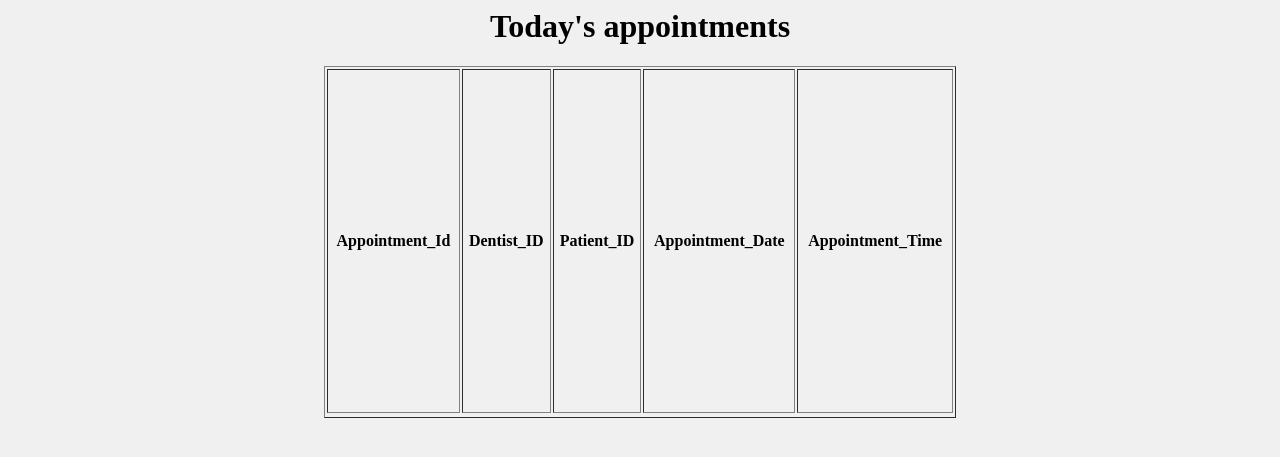
Repository: ManjushaBolishetty/test
Page: http://localhost/test/AppointmentServlet
The author's editor kept a copy of each file at every save. The page is drawn from the files as they stood at one save, then again after the next save.
The browser window is 1280 px wide. The pictures show the whole page.
The page is served by Tomcat 9. Other server files are loaded and not shown. Queries for data that is not in the repository find no rows.

Above is the page before, as saved 2016-04-03 18:19:01.

### test/src/com/servlet/explore/AppointmentServlet.java
package com.servlet.explore;

import java.io.IOException;
import java.io.PrintWriter;
import java.sql.Connection;
import java.sql.DriverManager;
import java.sql.ResultSet;
import java.sql.SQLException;
import java.sql.Statement;
import java.util.Date;

import javax.servlet.ServletException;
import javax.servlet.annotation.WebServlet;
import javax.servlet.http.HttpServlet;
import javax.servlet.http.HttpServletRequest;
import javax.servlet.http.HttpServletResponse;

/**
 * Servlet implementation class AppointmentServlet
 */
@WebServlet("/AppointmentServlet")
public class AppointmentServlet extends HttpServlet {
	private static final long serialVersionUID = 1L;

    /**
     * @see HttpServlet#HttpServlet()
     */
    public AppointmentServlet() {
        super();
        // TODO Auto-generated constructor stub
    }

	/**
	 * @see HttpServlet#doGet(HttpServletRequest request, HttpServletResponse response)
	 */
	protected void doGet(HttpServletRequest request, HttpServletResponse response) throws ServletException, IOException {
		// TODO Auto-generated method stub
		final String JDBC_DRIVER="com.mysql.jdbc.Driver";
        final String DB_URL="jdbc:mysql://localhost:3306/";
        //  Database credentials
        final String USER = "root";
        final String PASS = "root";

        // Set response content type
		response.setContentType("text/html");
        PrintWriter out = response.getWriter();

        // If the button that we have in our jsp page made a POST
        // then the servlet is activated and does whatever we programmed
        // it to do.
        String title = "Today's appointments";
        String docType =
          "<!doctype html public \"-//w3c//dtd html 4.0 " +
           "transitional//en\">\n";
           out.println(
           "<html>\n" +
           "<head><title>" + title + "</title></head>\n" +
           "<body bgcolor=\"#f0f0f0\">\n" +
           "<h1 align=\"center\">" + title + "</h1>\n");

        try{
            // Register JDBC driver
        	//System.out.println("In Try");
            Class.forName("com.mysql.jdbc.Driver");

            // Open a connection
            Connection conn = DriverManager.getConnection(DB_URL, USER, PASS);

          //1.  Execute SQL to get the doctor name
            Statement stmt_name = conn.createStatement();
            String sql_name;
            sql_name = "SELECT * FROM JOAQUINA.DENTIST where Dentist_ID = 1";
            ResultSet rs_name = stmt_name.executeQuery(sql_name);

            if (!rs_name.next() ) {
                System.out.println("no data");
            //out.println("Doc name");
            } else {
            String Dentist_First_Name  = rs_name.getString("Dentist_First_Name");
            String Dentist_Middle_Name = rs_name.getString("Dentist_Middle_Name");
            String Dentist_Last_Name = rs_name.getString("Dentist_Last_Name");
            Date date = new Date();
            String output = date.toString().substring(0, 10);

//          //  out.println("<h4 align=\"left\">" + "Welcome, Dr." + output  +"\t" +  "Welcome, Dr." + Dentist_First_Name + " " + Dentist_Last_Name + "</h1>\n");
//            out.println("<h4 align=\"right\">" + "Welcome, Dr." + Dentist_First_Name + " " + Dentist_Last_Name + "</h1>\n");
            }

            //2. Execute SQL query to get the appointments for the doctor
            Statement stmt = conn.createStatement();
            String sql;
            sql = "SELECT * FROM JOAQUINA.APPOINTMENT WHERE Appointment_Date = '2006-01-02 00:00:00' "
            	+ "and Dentist_ID = 1 order by Appointment_ID, Appointment_Time";
            //sql = "SELECT * FROM JOAQUINA.APPOINTMENT LIMIT 10";
            ResultSet rs = stmt.executeQuery(sql);

            out.println("<table class='grid' border=1 align=center width=50% height=50%>");
            out.println("<tr><th>Appointment_Id</th><th>Dentist_ID</th><th>Patient_ID</th><th>Appointment_Date</th><th>Appointment_Time</th><tr>");
            if (!rs.next() ) {
                System.out.println("no data");
            } else {

            // Extract data from result set
            while(rs.next()){
               //Retrieve by data
             int Appointment_Id  = rs.getInt("Appointment_ID");
             int Dentist_ID = rs.getInt("Dentist_ID");
             int Patient_ID = rs.getInt("Patient_ID");
             Date Appointment_Date = rs.getDate("Appointment_Date");
             Date Appointment_Time = rs.getDate("Appointment_Time");


             //Display values
//             out.println("<tr><td>" + Appointment_Id + "</td><td>" + Dentist_ID + "</td><td>" + Patient_ID + "</td><td>" + Appointment_Date + "</td><td>" + Appointment_Time + "</td></tr>");
             out.println("<tr><td data-label='AppointmentId'>" + Appointment_Id + "</td><td data-label='DentistId'>" + Dentist_ID + "</td><td data-label='PatientId'>" + Patient_ID + "</td><td data-label='AppointmentDate'>" + Appointment_Date + "</td><td data-label='AppointmentTime'>" + Appointment_Time + "</td></tr>");

            }}
            out.println("</table></body></html>");
            // Clean-up environment
            rs.close();
            //stmt.close();
            //conn.close();
            try{
                if(stmt!=null)
                   stmt.close();
             }catch(SQLException se2){ }// nothing we can do
             try{
                if(conn!=null)
                conn.close();
             }
             catch(SQLException se){
                se.printStackTrace();
             }//end finally try

         }catch(SQLException se){
            //Handle errors for JDBC
            se.printStackTrace();
         }catch(Exception e){
            //Handle errors for Class.forName
            e.printStackTrace();
         }

         } //end try


	/**
	 * @see HttpServlet#doPost(HttpServletRequest request, HttpServletResponse response)
	 */
	protected void doPost(HttpServletRequest request, HttpServletResponse response) throws ServletException, IOException {
		// TODO Auto-generated method stub
		doGet(request, response);
	}

}

After the next save:
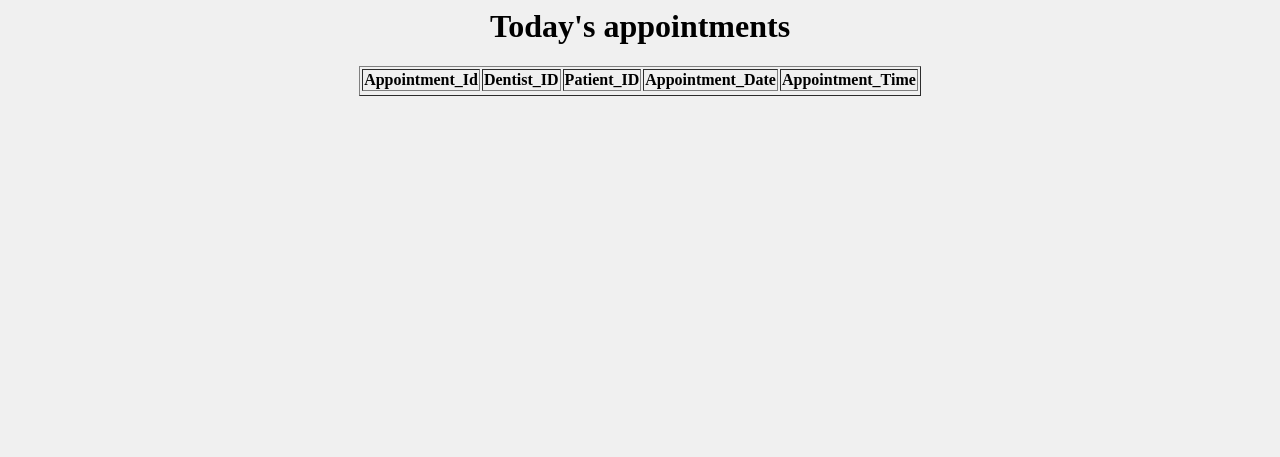
Saved 10 min 38 s later.
--- a/test/src/com/servlet/explore/AppointmentServlet.java
+++ b/test/src/com/servlet/explore/AppointmentServlet.java
@@ -94,7 +94,7 @@ public class AppointmentServlet extends HttpServlet {
             //sql = "SELECT * FROM JOAQUINA.APPOINTMENT LIMIT 10";
             ResultSet rs = stmt.executeQuery(sql);
 
-            out.println("<table class='grid' border=1 align=center width=50% height=50%>");
+            out.println("<table class='grid' border=1 align=center");
             out.println("<tr><th>Appointment_Id</th><th>Dentist_ID</th><th>Patient_ID</th><th>Appointment_Date</th><th>Appointment_Time</th><tr>");
             if (!rs.next() ) {
                 System.out.println("no data");
